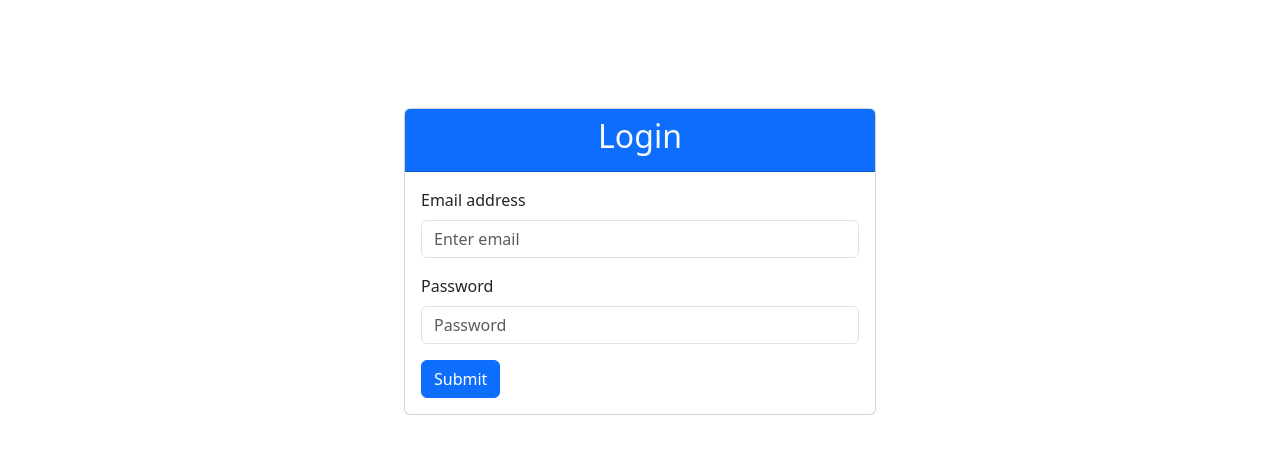
Repository: trider/react-task-app
Page: /
The author's editor kept a copy of each file at every save. The page is drawn from the files as they stood at one save, then again after the next save.
The browser window is 1280 px wide. The pictures show the whole page.
The project was rebuilt for these pictures with package versions that can differ from the ones it lists, and the page was loaded fresh each time.

Above is the page before, as saved 2024-05-02 16:14:35.

### src/App.js

import 'bootstrap/dist/css/bootstrap.min.css';
import Container from 'react-bootstrap/Container';



import LoginForm from "./pages/Login";



let App = () => {
  return (
    <div className='mx-auto p-2' style={{marginTop:'100px',width:'40%'}}>
       <Container fluid>
          <LoginForm />
       </Container>

    </div>


  );
}


export default App;

### src/pages/Login.js

import Button from 'react-bootstrap/Button';
import Form from 'react-bootstrap/Form';
import Card from 'react-bootstrap/Card';





const LoginForm =()=> {
  return (
  <Card className='card-sm'>
    <Card.Header className='bg-primary text-light text-center' >
      <h2>Login</h2>
    </Card.Header>
    <Card.Body>
    <Form>
      <Form.Group className="mb-3" controlId="formBasicEmail">
        <Form.Label>Email address</Form.Label>
        <Form.Control type="email" placeholder="Enter email" />
      </Form.Group>

      <Form.Group className="mb-3" controlId="formBasicPassword">
        <Form.Label>Password</Form.Label>
        <Form.Control type="password" placeholder="Password" />
      </Form.Group>

      <Button variant="primary" type="submit">
        Submit
      </Button>
    </Form>
    </Card.Body>
  </Card>

  );
}

export default LoginForm;

Loaded but not shown: public/index.html (common file); src/index.js (common file); src/index.css (common file); src/reportWebVitals.js (common file)

After the next save:
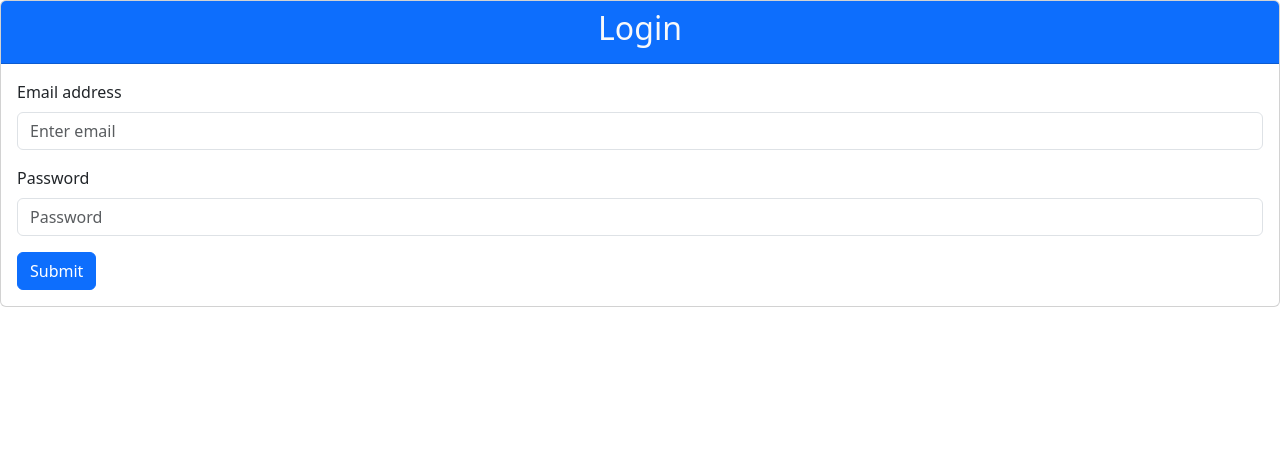
Saved 98 s later.
--- a/src/App.js
+++ b/src/App.js
@@ -1,6 +1,6 @@
 
 import 'bootstrap/dist/css/bootstrap.min.css';
-import Container from 'react-bootstrap/Container';
+
 
 
 
@@ -10,12 +10,9 @@ import LoginForm from "./pages/Login";
 
 let App = () => {
   return (
-    <div className='mx-auto p-2' style={{marginTop:'100px',width:'40%'}}>
-       <Container fluid>
-          <LoginForm />
-       </Container>
 
-    </div>
+    <LoginForm />
+
 
 
   );
